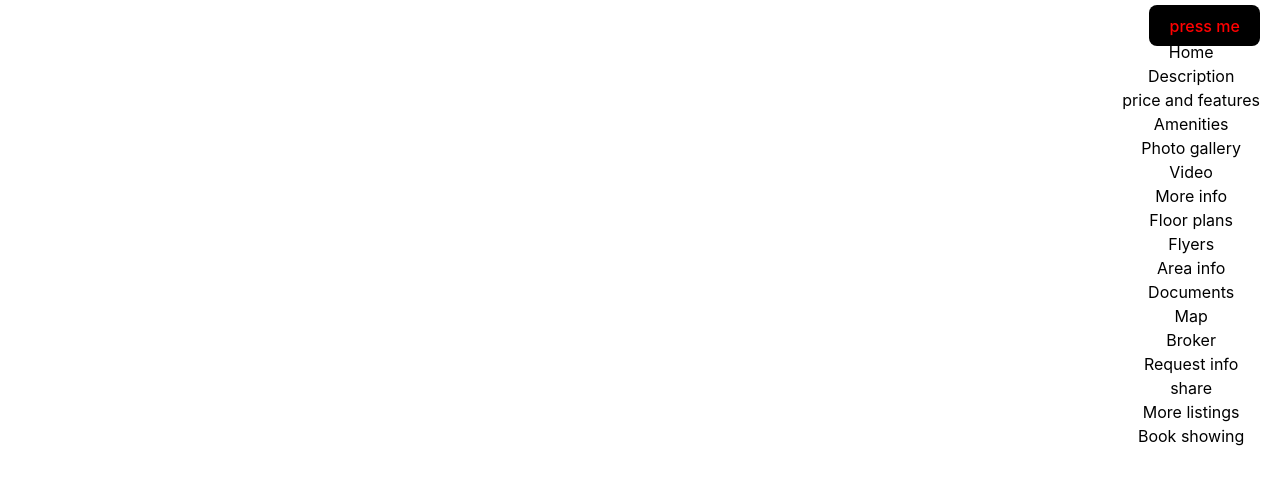
Repository: TMuse333/real-estate-landingpage
Page: /
These files come from the project's save history. The page is drawn as it stood at one moment and after the next save; the edit follows.
The browser window is 1280 px wide. The pictures show the whole page.
The project was rebuilt for these pictures with package versions that can differ from the ones it lists, and the page was loaded fresh each time. Also part of the build but not shown: vite.config.js.

Above is the page before, as saved 2023-09-19 16:36:17.

After the next save:
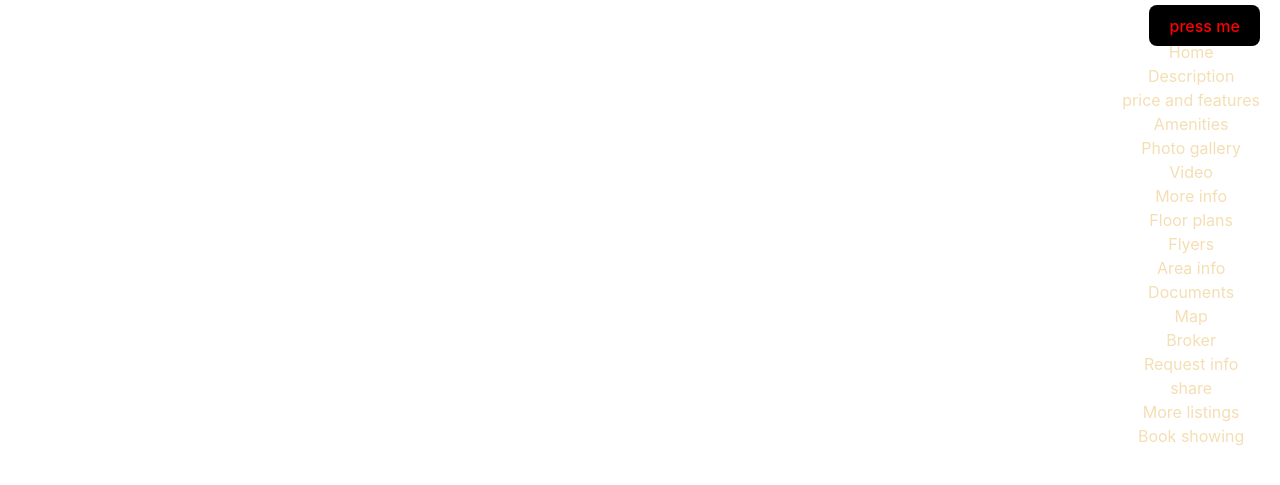
Saved 7 s later.
--- a/src/App.css
+++ b/src/App.css
@@ -31,7 +31,7 @@ padding: 0;
 position: absolute;
 top:40px;
 right: 20px;
-
+  color: wheat;
 }
 
 .list-container {
